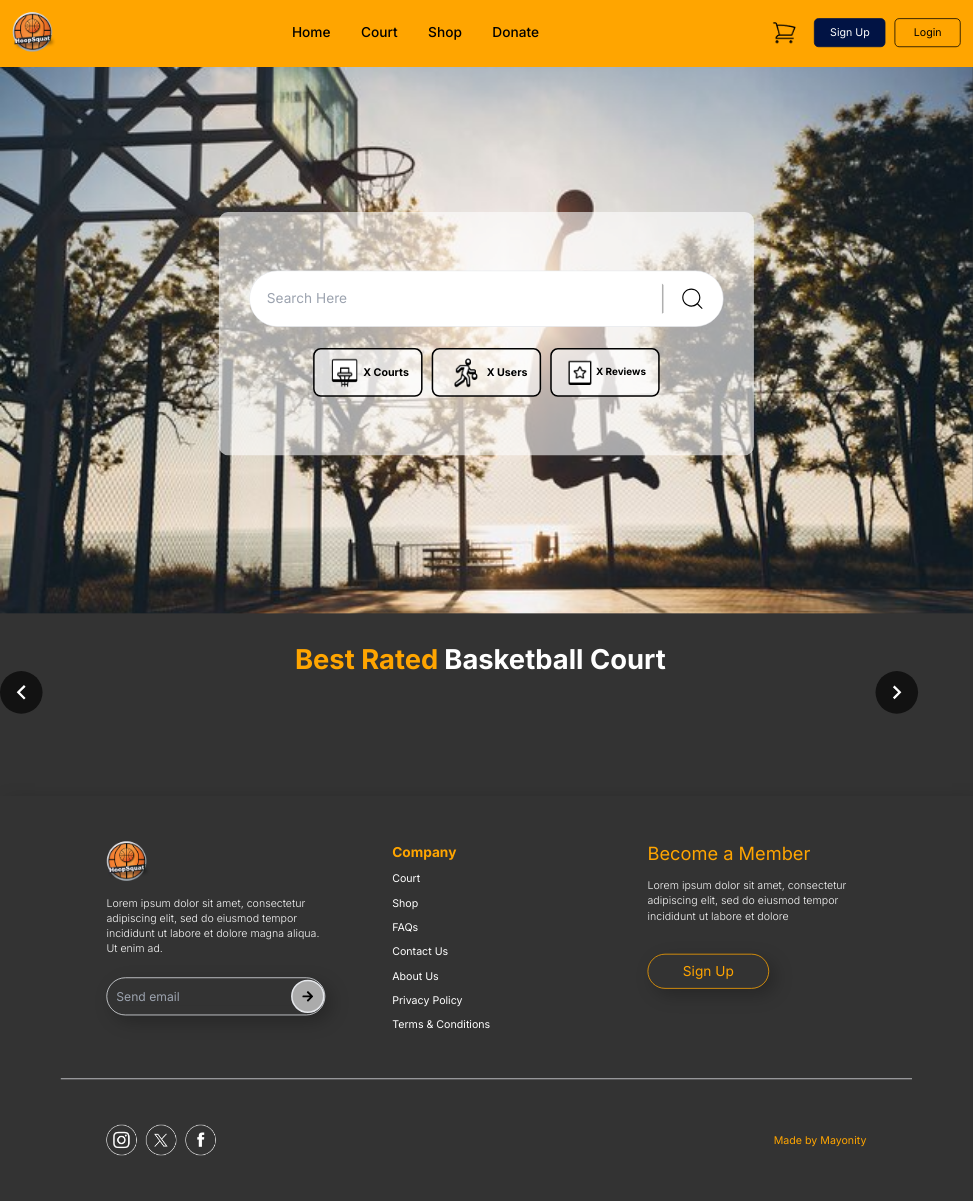
Repository: Abdul-Hannan232/basket-ball-website
Page: /
These files come from the project's save history. The page is drawn as it stood at one moment and after the next save; the edit follows.
The browser window is 1280 px wide. The pictures show the whole page, at 76% of full size.
The page's requests for data from a server got no answer. The project was rebuilt for these pictures with package versions that can differ from the ones it lists, and the page was loaded fresh each time. The framework's server and built-in components were replaced by stand-ins that run in the browser. No one was signed in, and anything a server would have sent is missing. Also part of the build but not shown: next.config.mjs, app/utils/rating.js.

Above is the page before, as saved 2024-09-15 21:25:35.

### app/layout.tsx
import type { Metadata } from "next";
import { Inter } from "next/font/google";
import "./globals.css";
import Authprovider from "./component/Authprovider/Authprovider";

const inter = Inter({ subsets: ["latin"] });

export const metadata: Metadata = {
  title: "Basket Ball",
  description: "Generated by create next app",
};

export default function RootLayout({
  children,
}: Readonly<{
  children: React.ReactNode;
}>) {
  return (
    <html lang="en">
      <head>
        <link rel="icon" href="/favicon.png" />
        <title>Basket Ball</title>
      </head>
      <body className={inter.className}>
        <Authprovider>
          {children}
        </Authprovider>
      </body>
    </html>
  );
}

### app/page.tsx
import HomePage from "./component/HomeComponent"
export default function Home() {
  return (
    <>
      <HomePage />
    </>
  );
}

### app/globals.css
@import url('https://fonts.googleapis.com/css2?family=Poppins:wght@100;200;400&display=swap');
@import url('https://fonts.googleapis.com/css2?family=Poppins:ital,wght@0,100;0,200;0,300;0,400;0,500;0,600;0,700;0,800;0,900;1,100;1,200;1,300;1,400;1,500;1,600;1,700;1,800;1,900&display=swap');
@tailwind base;
@tailwind components;
@tailwind utilities;
/* Styling for the pagination container */
.custom-paginator .p-paginator {
  @apply  rounded-lg p-4 mt-2 flex flex-row gap-10 fixed  right-0;
}
.poppins-bold {
  font-family: "Poppins", sans-serif;
  font-weight: 700;
  font-style: normal;
}
.hover-design{
  background: linear-gradient(90deg, #FFA500 0%, rgba(255, 165, 0, 0.09) 85.85%);

}
/* Styling for individual page numbers */
.custom-paginator .p-paginator .p-paginator-page {
  @apply bg-white text-black rounded-md w-10 h-10 inline items-center text-center justify-center mx-1;
}

/* Highlighted page number styling */
.custom-paginator .p-paginator .p-paginator-page.p-highlight {
  @apply bg-[#FFA500] text-white inline text-center flex-row;
}

/* Styling for previous and next buttons */
.custom-paginator .p-paginator .p-paginator-prev,
.custom-paginator .p-paginator .p-paginator-next {
  @apply bg-[#CACACA] p-1 text-black flex flex-row rounded-md;
}

body {
  background-color: rgba(51, 51, 51, 1);
  color: white;
  font-family: 'Poppins', sans-serif;
}

.shadow {
  box-shadow: 8px 8px 24px 0px #00000040;

}
.banner {
  background-image: url('/banner.png');
  background-position: center;
  background-size: cover;
  width: 100%;
  background-repeat: no-repeat;
}
.backColor{
  background: linear-gradient(90.35deg, #FFA500 0.24%, #FF7D05 99.7%);

}
.mobilebanner {
  background-image: url('/mobildbanner.png');
  background-position: center;
  background-size: cover;
  background-repeat: no-repeat;
}
@media only screen and (max-width:320px) {
  .slick-slide {
    margin-left:5px; /* Adjust the value as needed */
  }
}
.slick-slide {
  margin-left:5px; /* Adjust the value as needed */
}
.bounceball {
  position: relative;
  display: inline-block;
  height: 20px;
  width: 15px;
  /* Adjust the width as needed */
}

.bounceball:before {
  position: absolute;
  content: '';
  display: block;
  top: 0;
  width: 25px;
  /* Adjust the width as needed */
  height: 20px;
  border-radius: 50%;
  background-color: #FFA500;
  transform-origin: 50%;
  animation: bounce 500ms alternate infinite ease;
}

@layer
{
  .wrap {
    @apply absolute top-1/2 left-1/2 transform -translate-x-1/2 -translate-y-1/2;
  }
}
@keyframes bounce {
  0% {
    top: 70px;
    height: 5px;
    border-radius: 60px 60px 20px 20px;
    transform: scaleX(2);
  }

  35% {
    height: 15px;
    border-radius: 50%;
    transform: scaleX(1);
  }

  100% {
    top: 0;
  }
}


.animate-bounce {
  animation: bounce 500ms alternate infinite ease;
}

/* Api loading */
.loader {
  width: 48px;
  height: 48px;
  display: inline-block;
  position: relative;
}
.loader::after,
.loader::before {
  content: '';
  box-sizing: border-box;
  width: 48px;
  height: 48px;
  border-radius: 50%;
  border: 2px solid #FFA500;
  position: absolute;
  left: 0;
  top: 0;
  animation: animloader 2s linear infinite;
}
.loader::after {
  animation-delay: 1s;
}

@keyframes animloader {
  0% {
    transform: scale(0);
    opacity: 1;
  }
  100% {
    transform: scale(1);
    opacity: 0;
  }
}

### app/component/Authprovider/Authprovider.js
"use client"
import React from "react";
import { SessionProvider } from "next-auth/react";
const Authprovider = ({children}) => {
    return (
        <SessionProvider>
             {children}
        </SessionProvider>
    )
}
export default Authprovider

### app/component/HomeComponent.js
import React from 'react'
import Navbar from './NavBarComponent'
import Image from 'next/image'
import { CiSearch } from "react-icons/ci"
import Footer from "./FooterComponent"
import BasketBall from "./CourtsSlider"
const HomeComponent = () => {
  return (
    <div>
      <Navbar/>
      <div className=' md:banner mobilebanner   md:h-[100vh] h-[250px]'  >
        <div className='relative  flex flex-col md:justify-center md:mt-0 pt-14 items-center md:h-[90vh] '>
          <div className='bg-white absolute lg:w-[55%] w-[90%] mx-auto md:h-80 h-36 flex flex-col justify-center it-center  bg-opacity-60 rounded-xl  right-0 left-0'>
            <div className='relative lg:mx-10 mx-5 border bg-white text-black flex items-center   rounded-full'>
              <input type='text' placeholder='Search Here' className='text-black md:text-lg text-xs border-transparent outline-none hover:border-[#FFA500] border-2 md:p-5 p-3 w-full rounded-full ' />
              <CiSearch className="absolute text-black md:w-20 w-8 px-1 my-2 md:h-10 h-6 right-0 text-4xl border-2 border-[#AFAFAF] border-t-transparent border-r-transparent border-b-transparent  md:top- " />
            </div>
            <div className='flex justify-center gap-3 mt-7 '>
              <div className='bg-white text-center text-black bg-opacity-60 border-[#000000] border-2 flex justify-center items-center md:rounded-[10px] rounded-[7px] md:p-4 p-2 md:w-36 w-22  md:h-16 h-10'>

                <Image src="/Basketball Net.png" alt="basket" width={100} height={50} className='md:w-10 mx-auto mt-1 md:h-12 w-6 h-8 ' />
                <p className='md:text-sm text-[8px]  font-bold'>X Courts</p>
              </div>
              <div className='bg-white text-center text-black bg-opacity-60 border-[#000000] border-2 flex justify-center items-center md:rounded-[10px] rounded-[7px] md:p-4 p-2 md:w-36 w-22  md:h-16 h-10'>

                <Image src="/Basketball Player.png" alt="basket" width={100} height={50} className='md:w-10 mx-auto  md:h-10 w-6 h-6 ' />
                <p className='md:text-sm text-[8px]  font-bold'>X Users</p>
              </div>
              <div className='bg-white text-center text-black bg-opacity-60 border-[#000000] border-2 flex justify-center items-center md:rounded-[10px] rounded-[7px] md:p-4 p-2 md:w-36 w-22  md:h-16 h-10'>

                <Image src="/Rating.png" alt="basket" width={100} height={50} className='md:w-10 mx-auto  md:h-10 w-6 h-6 ' />
                <p className='md:text-[13px] text-[8px]  font-bold'>X Reviews</p>
              </div>

            </div>
          </div>
        </div>
      </div>
      <BasketBall slide={"carousel"} />
      <Footer/>
    </div>
  )
}

export default HomeComponent

### app/component/CourtsSlider.js
"use client"
import React, { useRef, useState, useEffect } from 'react';
import Slider from 'react-slick';
import { RiArrowLeftSLine } from 'react-icons/ri';
import { MdOutlineKeyboardArrowRight } from "react-icons/md"
import 'slick-carousel/slick/slick.css';
import 'slick-carousel/slick/slick-theme.css';
import Image from 'next/image';
import Link from 'next/link';
import renderStars from "../utils/rating"
import { allCourts as fetchAllCourts } from "../services/courtsServices"; // Rename the imported function
const settings = {
    infinite: true,
    speed: 500,
    slidesToShow: 3.5,
    slidesToScroll: 1,
    responsive: [
        {
            breakpoint: 1267, // Adjust the breakpoint as needed
            settings: {
                slidesToShow: 2.5,
                slidesToScroll: 2,
            },
        },
        {
            breakpoint: 959, // Adjust the breakpoint as needed
            settings: {
                slidesToShow: 2,
                slidesToScroll: 2,
            },
        },

        {
            breakpoint: 320, // Adjust the breakpoint as needed
            settings: {
                slidesToShow: 1.1,
                slidesToScroll: 1,
            },
        },
    ],
    prevArrow: <></>, // Hides the previous arrow
    nextArrow: <></>,
};
const CourtsSlider = ({ slide }) => {
    const sliderRef = useRef(null);
    const [spinner, setSpinner] = useState(false)

    const goToPrev = () => {
        sliderRef.current.slickPrev();
    };

    const goToNext = () => {
        sliderRef.current.slickNext();
    };

    const [allCourts, setAllCourts] = useState([]); // Initialize with an empty array

    useEffect(() => {
        setSpinner(true)
        const getCourts = async () => {
            try {
                const response = await fetchAllCourts(); // Use the renamed function
                setAllCourts(response.data.courts); // Store the fetched data in state
            } catch (error) {
                console.error("Failed to fetch courts data:", error);
                // You can also add error handling for the UI here
            } finally {
                setSpinner(false)
            }
        };

        getCourts();
    }, []);
    return (
        <div >
            {slide === 'carousel' ? (
                <div className="  2xl:ml-32 md:ml-14 md:pt-10 pt-10 w-[90%] mx-auto z-10 2xl:mb-40 md:mb-20" id="Testimonials" style={{ position: 'relative' }}>
                    <div className='2xl:text-6xl md:text-4xl text-xl font-bold md:mb-20 mb-10 flex justify-center items-center gap-2 '>
                        <h1 className='text-[#FFA500]'>Best Rated </h1>
                        <h1>Basketball Court</h1>
                    </div>
                    <div className="flex justify-center">
                        {spinner ? <span className="loader"></span> : null}
                    </div>



                    <Slider ref={sliderRef} {...settings}>

                        {allCourts.map((item, index) => (
                            <div key={index} className=''>
                                <div className='relative shadow cursor-pointer text-black rounded-md 2xl:w-[450px] md:w-[300px] w-[250px] group'>
                                    <div className='absolute inset-0 bg-black opacity-0 z-20 group-hover:opacity-70 transition-opacity'></div>

                                    <div className='bg-[#D9D9D9] relative rounded-md overflow-hidden'>
                                        {/* Image and content */}

                                        <Image src={item.images?.[0]
                                            ? `${process.env.NEXT_PUBLIC_IMAGE_URL}/${item.images[0]}`
                                            : '/basketBALL.png'} alt="image" width={343} height={228} className='rounded-t-xl h-60 2xl:w-[400px]' />

                                        <div className='flex items-center justify-center float-right -mt-5 shadow z-10 absolute right-0 p-3 w-32 gap-2 rounded-l-xl bg-white text-black'>

                                            <Image src={item.type === "indoor" ? "/Roofing.png" : "/Basketball Court.png"}
                                                alt="shelter" width={24} height={24} />
                                            <p>{item.type}</p>
                                        </div>
                                        <div className='m-5'>
                                            {/* <Image src="/star.png" alt="image" width={112} height={20} /> */}
                                            <div className='flex items-center'>
                                                {renderStars(item.ratings)}
                                            </div>
                                            <p className='text-[10px] mt-1 font-bold'>{item.rating.length} reviews</p>
                                            <h1 className='text-xl font-bold mb-5'>{item.name}</h1>
                                            <p className='w-32 text-xs font-medium mt-1'>{item.location}</p>
                                            <button className='bg-[#FFA500] p-2 mb-5 mt-10 text-black font-bold text-sm w-full shadow'>
                                                View Court
                                            </button>
                                        </div>

                                        {/* Overlay with Maintenance Button */}
                                        <div className='flex flex-col items-center h-96 justify-center z-40 absolute inset-0 opacity-0 group-hover:opacity-100 transition-opacity'>
                                            <button className='bg-[#232323] py-2 px-4 rounded-full text-white'>
                                                Maintenance
                                            </button>
                                        </div>
                                    </div>
                                </div>

                            </div>
                        ))}

                    </Slider>
                    <div style={{ position: 'absolute', transform: 'translateY(-50%)', zIndex: '1' }} className='2xl:top-[45%] lg:top-[65%] top-[35%] md:w-[100%] flex justify-between w-[100%] mx-auto'>
                        <div className=' slick- slick-arrow md:-ml-14 '>
                            <div onClick={goToPrev} className='bg-[#000000A6] text-white text-7xl md:p-[10px] flex items-center justify-center cursor-pointer md:w-14 md:h-14 w-10 h-10 text-center font-bold  rounded-full'>
                                <RiArrowLeftSLine />
                            </div>
                        </div>
                        <div className='slick- slick-arrow'>
                            <div className="bg-[#000000A6] text-white text-7xl md:p-[10px] flex items-center justify-center cursor-pointer md:w-14 md:h-14 w-10 h-10 text-center font-bold  rounded-full" onClick={goToNext}>
                                <MdOutlineKeyboardArrowRight />
                            </div>
                        </div>

                    </div>
                </div>
            ) : (
                <>
                    <div className="flex justify-center mt-[30px]">
                        {spinner ? <span className="loader"></span> : null}
                    </div>
                    <div className='grid xl:grid-cols-4 lg:grid-cols-3 md:grid-cols-2 grid-cols-1 gap-20 w-[80%] md:mt-20 mt-5 md:mx-auto mx-5'>

                        {allCourts.map((item, index) => (
                            <div key={index} className='relative  shadow text-black rounded-md 2xl:w-[300px] xl:w-[250px] md:w-[250px] w-[280px] group'>
                                <div className='bg-[#D9D9D9] relative rounded-md overflow-hidden'>
                                    {/* Overlay */}
                                    <div className='absolute inset-0 bg-black opacity-0  group-hover:opacity-70 transition-opacity'></div>

                                    {/* Maintenance Button (Initially Hidden) */}
                                    <div className='flex flex-col items-center h-80 justify-center z-20 absolute inset-0 opacity-0 group-hover:opacity-100 transition-opacity'>
                                        <button className='bg-[#232323] py-2 px-4 rounded-full text-white'>
                                            Maintenance
                                        </button>
                                    </div>

                                    <Image src={item.images?.[0]
                                        ? `${process.env.NEXT_PUBLIC_IMAGE_URL}/${item.images[0]}`
                                        : '/basketBALL.png'} alt="image" width={343} height={228} className='rounded-t-xl 2xl:w-[450px]' />

                                    <div className='flex items-center justify-center float-right -mt-5 shadow  absolute right-0 p-3 w-32 gap-2 rounded-l-xl bg-white text-black'>

                                        <Image src={item.type === "indoor" ? "/Roofing.png" : "/Basketball Court.png"}
                                            alt="shelter" width={24} height={24} />
                                        <p>{item.type}</p>
                                    </div>

                                    <div className='m-5 relative'>
                                        {/* <Image src="/star.png" alt="image" width={60} height={20} />
                         */}
                                        <div className='flex items-center'>
                                            {renderStars(item.ratings)}
                                        </div>
                                        <p className='text-[10px] mt-1 font-bold'>{item.rating.length} reviews</p>
                                        <h1 className='text-lg font-bold mb-2'>{item.name}</h1>
                                        <p className='w-32 text-xs font-medium '>{item.location}</p>
                                        <button className='bg-[#FFA500] p-2 mb-3 mt-3 rounded-md text-black font-bold text-sm w-full shadow'>
                                            View Court
                                        </button>
                                    </div>
                                </div>
                            </div>


                        ))}
                    </div>
                </>
            )}

        </div >
    );
};

export default CourtsSlider;

### app/customHook/useAuthToken.js
import { useSession } from "next-auth/react";
import Cookies from "js-cookie";
import {jwtDecode} from "jwt-decode";

export const useAuthToken = () => {
  const { data: session } = useSession();

  const token = session?.authToken || Cookies.get("authToken");

  let decodedToken = null;
  if (token) {
    try {
      decodedToken = jwtDecode(token);
    } catch (error) {
      console.error("Invalid token:", error.message);
    }
  }

  return { token, decodedToken };
};

### app/services/courtsServices.js
import axios from "axios";
import Cookies from 'js-cookie';
export const allCourts = async (token) =>{
    try {

        const response = await axios.get(
            `${process.env.NEXT_PUBLIC_API_URL}/court/all`,
            {
                headers: {
                    Authorization: `Bearer ${token}`,
                },
            }
        );

        return response;
    }
    catch (error) {
        console.log("all Courts",error.response)
        return error.response || { message: "An error occurred", error };
    }

}

export const addCourt = async (body,token) => {

    try {
         const response = await axios.post(
            `${process.env.NEXT_PUBLIC_API_URL}/court/add`,
            body,
            {
                headers: {
                    Authorization: `Bearer ${token}`,                },
            }
        );

        return response;
    } catch (error) {
        return error.response;
    }
};

Loaded but not shown: tailwind.config.ts (common file); app/component/NavBarComponent.js (132 lines, source omitted); app/component/FooterComponent.js (94 lines, source omitted)

After the next save:
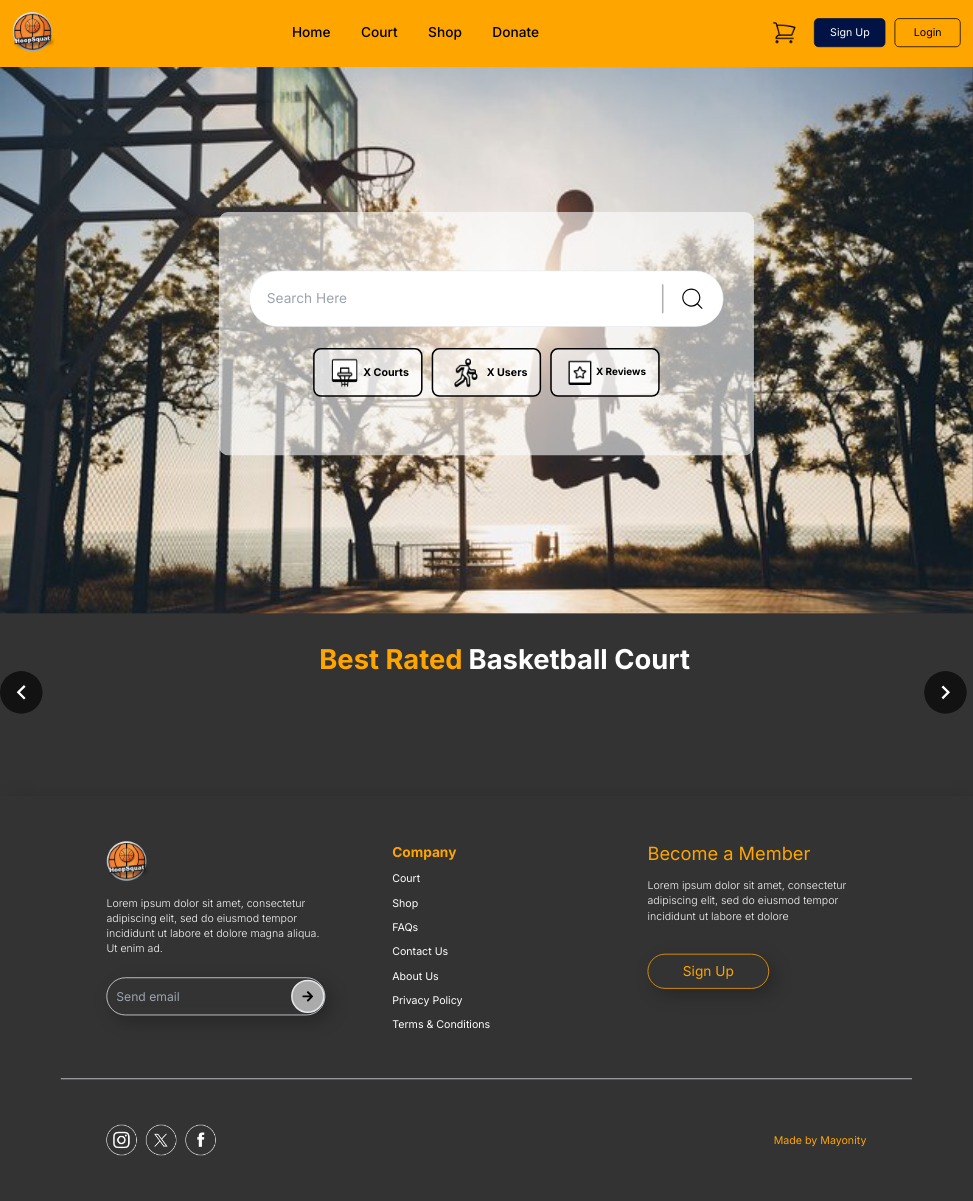
Saved 54 s later.
--- a/app/component/CourtsSlider.js
+++ b/app/component/CourtsSlider.js
@@ -74,7 +74,7 @@ const CourtsSlider = ({ slide }) => {
     return (
         <div >
             {slide === 'carousel' ? (
-                <div className="  2xl:ml-32 md:ml-14 md:pt-10 pt-10 w-[90%] mx-auto z-10 2xl:mb-40 md:mb-20" id="Testimonials" style={{ position: 'relative' }}>
+                <div className="  2xl:ml-32 md:ml-14 md:pt-10 pt-10 w-[95%] mx-auto z-10 2xl:mb-40 md:mb-20" id="Testimonials" style={{ position: 'relative' }}>
                     <div className='2xl:text-6xl md:text-4xl text-xl font-bold md:mb-20 mb-10 flex justify-center items-center gap-2 '>
                         <h1 className='text-[#FFA500]'>Best Rated </h1>
                         <h1>Basketball Court</h1>
